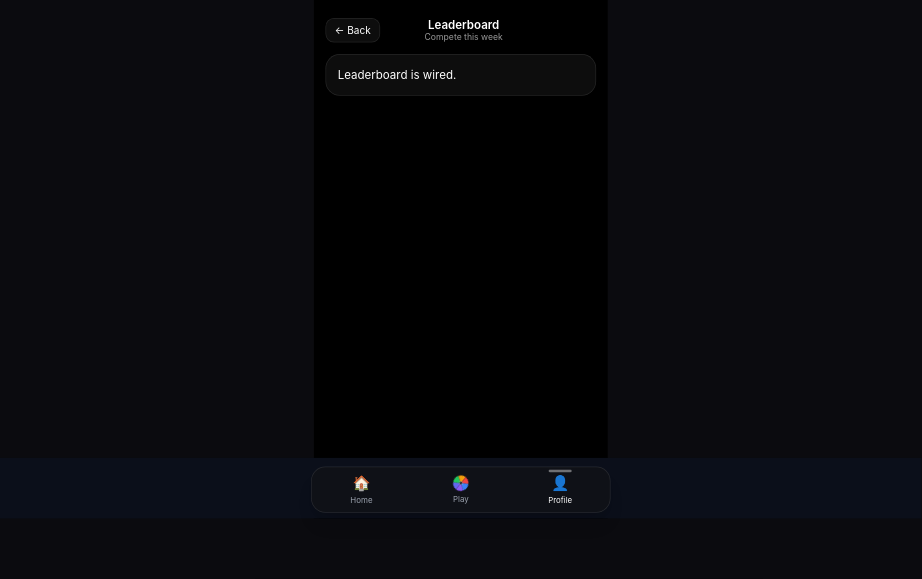
Repository: nirmaldas07/quizify-app
Page: /profile/leaderboard
The author's editor kept a copy of each file at every save. The page is drawn from the files as they stood at one save, then again after the next save.
The browser window is 1280 px wide. The pictures show the whole page, at 72% of full size.
The project was rebuilt for these pictures with package versions that can differ from the ones it lists, and the page was loaded fresh each time. Also part of the build but not shown: src/components/ConfirmStartSheet.jsx, src/components/CoinFly.jsx, src/components/Home.jsx, src/components/Play.jsx, src/components/Quiz.jsx, src/components/PartySpin.jsx, src/components/Profile/ProfileHome.jsx, src/components/Profile/History.jsx.

Above is the page before, as saved 2025-08-25 12:59:38.

After the next save:
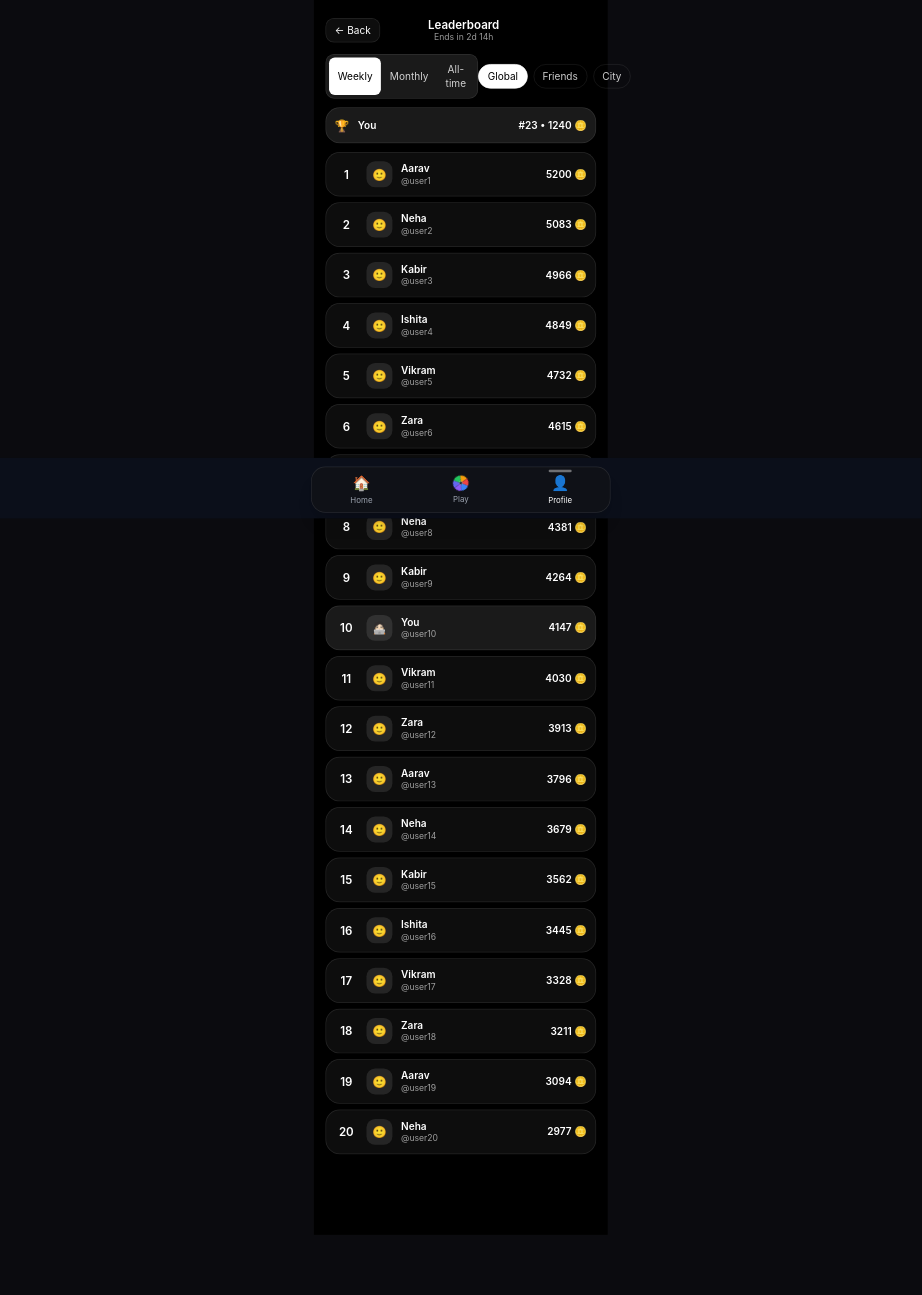
Saved 3 min 4 s later.
--- a/src/components/Profile/Leaderboard.jsx
+++ b/src/components/Profile/Leaderboard.jsx
@@ -1,10 +1,69 @@
-import React from "react";
+import React, { useState } from "react";
 import Screen from "./Screen.jsx";
 
+const mockUser = { rank: 23, coins: 1240 };
+const mockRows = Array.from({ length: 20 }).map((_, i) => ({
+  rank: i + 1,
+  name: i === 9 ? "You" : ["Aarav","Neha","Kabir","Ishita","Vikram","Zara"][i % 6],
+  handle: "@user" + (i + 1),
+  coins: 5200 - i * 117,
+  you: i === 9,
+}));
+
 export default function Leaderboard() {
+  const [period, setPeriod] = useState("weekly");
+  const [scope, setScope] = useState("global");
+
   return (
-    <Screen title="Leaderboard" subtitle="Compete this week">
-      <div className="rounded-2xl border border-white/10 bg-white/5 p-4">Leaderboard is wired.</div>
+    <Screen title="Leaderboard" subtitle="Ends in 2d 14h">
+      {/* Controls */}
+      <div className="flex items-center justify-between mb-3">
+        <div className="inline-flex p-1 rounded-xl bg-white/10 border border-white/10">
+          {["weekly","monthly","all"].map(v => (
+            <button key={v}
+              onClick={() => setPeriod(v)}
+              className={`px-3 py-1.5 text-sm rounded-lg ${period===v?"bg-white text-black":"text-white/80 hover:text-white"}`}>
+              {v==="all"?"All-time":v[0].toUpperCase()+v.slice(1)}
+            </button>
+          ))}
+        </div>
+        <div className="flex gap-2">
+          {["global","friends","city"].map(v => (
+            <button key={v}
+              onClick={() => setScope(v)}
+              className={`px-3 py-1.5 text-sm rounded-full border ${scope===v?"border-white bg-white text-black":"border-white/10 bg-transparent text-white/80 hover:bg-white/10"}`}>
+              {v[0].toUpperCase()+v.slice(1)}
+            </button>
+          ))}
+        </div>
+      </div>
+
+      {/* Your rank pinned */}
+      <div className="rounded-2xl border border-white/10 bg-white/10 p-3 mb-3 text-sm flex items-center justify-between">
+        <div className="flex items-center gap-3">
+          <span className="text-base">🏆</span>
+          <span className="font-semibold">You</span>
+        </div>
+        <div className="font-semibold">#{mockUser.rank} • {mockUser.coins} 🪙</div>
+      </div>
+
+      {/* List */}
+      <ul className="space-y-2">
+        {mockRows.map(u => (
+          <li key={u.rank}
+              className={`rounded-2xl border border-white/10 p-3 flex items-center justify-between ${u.you?"bg-white/10":"bg-white/5"}`}>
+            <div className="flex items-center gap-3">
+              <div className="w-8 text-center font-semibold">{u.rank}</div>
+              <div className="w-9 h-9 rounded-xl bg-white/10 grid place-items-center">{u.you?"🧑🏻‍💻":"🙂"}</div>
+              <div>
+                <div className="text-sm font-semibold leading-tight">{u.name}</div>
+                <div className="text-xs text-white/60">{u.handle}</div>
+              </div>
+            </div>
+            <div className="text-sm font-semibold">{u.coins} 🪙</div>
+          </li>
+        ))}
+      </ul>
     </Screen>
   );
 }
